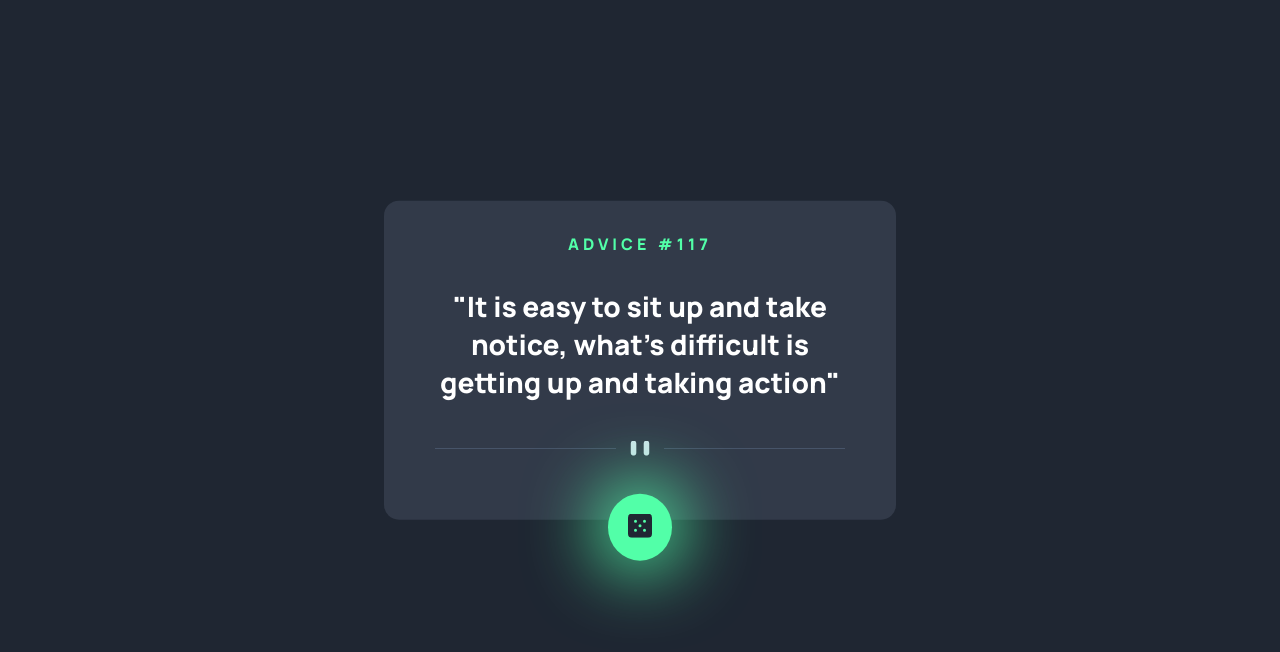
Repository: WindOfCodes/advice-generator-app
Page: index.html
The author's editor kept a copy of each file at every save. The page is drawn from the files as they stood at one save, then again after a run of saves.
The browser window is 1280 px wide. The pictures show the whole page.
The pointer rests on the first visible `.dice`.

Above is the page before, as saved 2022-11-28 22:23:13.

After the next 3 saves:
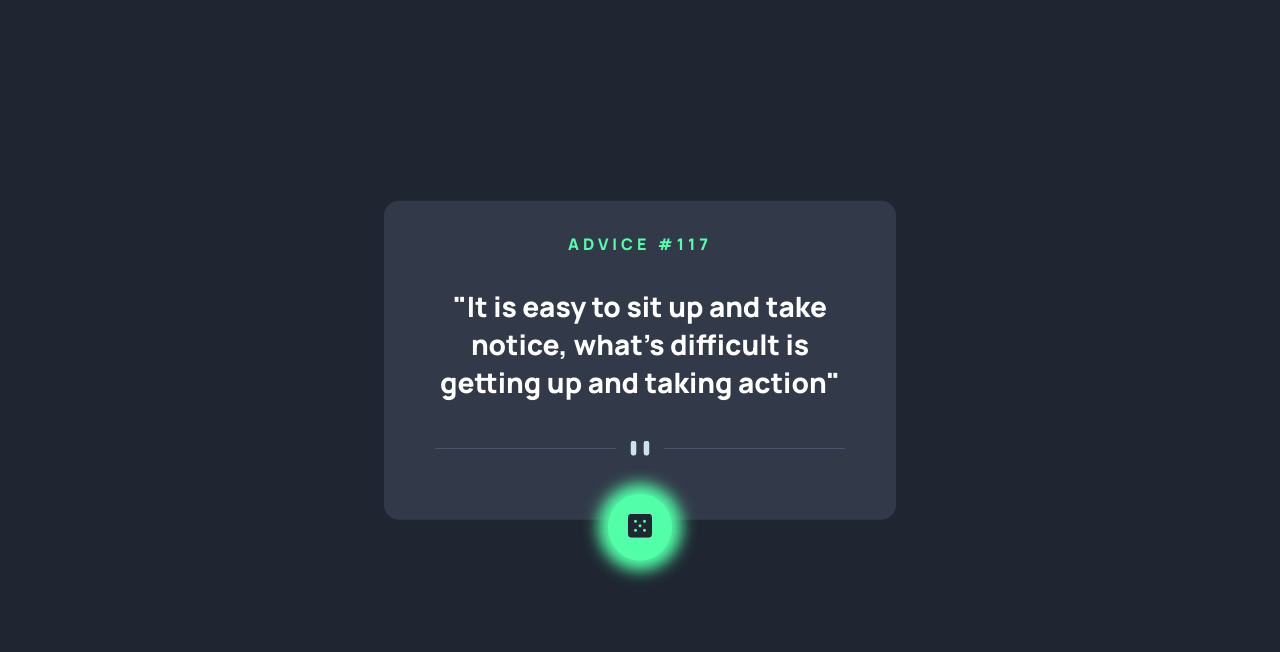
The 3 saves are shown as one change because they came seconds apart.
The last was saved 40 s later.
--- a/styles/main.css
+++ b/styles/main.css
@@ -65,7 +65,7 @@ body {
 
 .dice:hover {
   cursor: pointer;
-  -webkit-box-shadow: 0px 0px 72px 10px hsla(150, 100%, 66%, 1);
-  -moz-box-shadow: 0px 0px 72px 10px hsla(150, 100%, 66%, 1);
-  box-shadow: 0px 0px 72px 10px hsla(150, 100%, 66%, 1);
+  -webkit-box-shadow: 0px 0px 15px 10px hsla(150, 100%, 66%, 1);
+  -moz-box-shadow: 0px 0px 15px 10px hsla(150, 100%, 66%, 1);
+  box-shadow: 0px 0px 15px 10px hsla(150, 100%, 66%, 1);
 }
